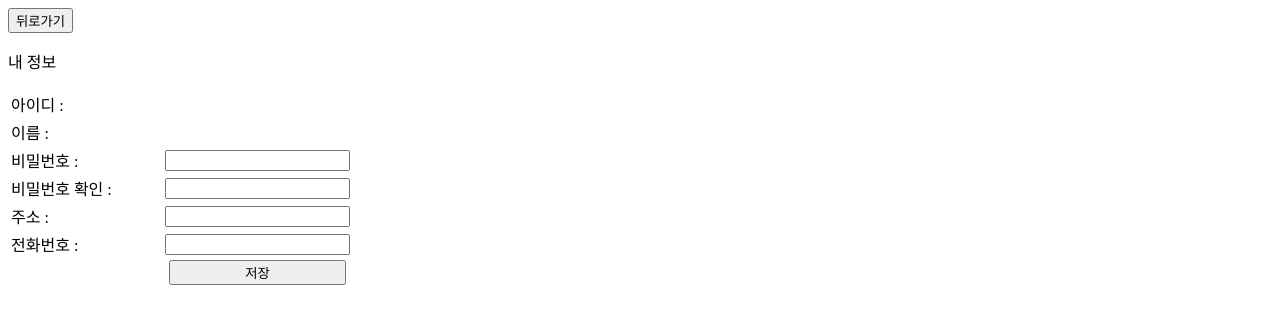
Repository: Ji-wonLee/book_store
Page: http://localhost/sms/WEB-INF/user/myInfo.jsp
An editor plug-in stored every save of this project. The page is shown before and after a run of saves, followed by the edit.
The browser window is 1280 px wide. The pictures show the whole page.
The page is served by Tomcat 9. Nobody is signed in. Other server files are loaded and not shown. The template is opened directly, without the code that normally fills it, so the values that code supplies are empty.

Above is the page before, as saved 2024-05-30 05:12:07.

### sms/src/main/webapp/WEB-INF/user/myInfo.jsp
<%@ page language="java" contentType="text/html; charset=UTF-8" pageEncoding="UTF-8"%>
<%@ taglib uri="http://java.sun.com/jsp/jstl/core" prefix="c" %>
<%@ taglib prefix="fmt" uri="http://java.sun.com/jsp/jstl/fmt"%>
<html>
	<head>
		<title>회원 가입</title>
		<button onclick="history.back()" type="submit">뒤로가기</button>
	</head>
	<script type="text/javascript">
		function checkForm(){

			let f = document.modifyForm;
			if (f.userPass.value == "" && f.userPassCheck.value != "") {
				alert("비밀번호 확인 입력 필수");
				return false;
			} else if (f.userPass.value != "" && f.userPassCheck.value == "") {
				alert("비밀번호 확인");
				return false;
			} else if (f.userPass.value != f.userPassCheck.value) {
				alert("비밀번호가 불일치");
				return false;
			} else {
				return true;
			}
		}

		function submitData(){
			const id = get;
		}
	</script>
	<body>
		<p>내 정보</p>
		<form action=<c:url value='/updateMyInfo'><c:param name="userId" value='${myInfoList[0].user_id}'/></c:url>
			 name="modifyForm" onsubmit="return checkForm()" method="get">
			<table>
				<tr>
					<td style='text-align:left;width:150px'>아이디 :</td>
					<td>
						<input type="text" style='border:none;' id="userId" name="userId" value='${myInfoList[0].user_id}'/>
					</td>
				</tr>
				<tr>
					<td style='text-align:left;width:150px'>이름 :</td>
					<td>
						<input type="text" style='border:none;' value='${myInfoList[0].name}'/>
					</td>
				</tr>
				<tr>
					<td style='text-align:left;width:150px'>비밀번호 :</td>
					<td>
						<div class="form-group has-feedback">
							<input class="form-control" type="password" id="userPass" name="userPass"/>
						</div>
					</td>
				</tr>
				<tr>
					<td style='text-align:left;width:150px'>비밀번호 확인 :</td>
					<td>
						<div class="form-group has-feedback">
							<input class="form-control" type="password" id="passwordCheck" name="userPassCheck"/>
						</div>
					</td>
				</tr>
				<tr>
					<td style='text-align:left;width:150px'>주소 :</td>
					<td>
						<div class="form-group has-feedback">
							<input class="form-control" id="userAddr" name="userAddr"/>
						</div>
					</td>
				</tr>
				<tr>
					<td style='text-align:left;width:150px'>전화번호 :</td>
					<td>
						<div class="form-group has-feedback">
							<input class="form-control" id="userCall" name="userCall"/>
						</div>
					</td>
				</tr>
				<tr>
					<td></td>
					<td style='text-align:center'>
						<div class="form-group has-feedback">
							<button class="btn btn-success" type="submit" id="save" style='width:177px'>저장</button>
						</div>
					</td>
				</tr>
			</table>
		</form>
	</body>
</html>

After the next 2 saves:
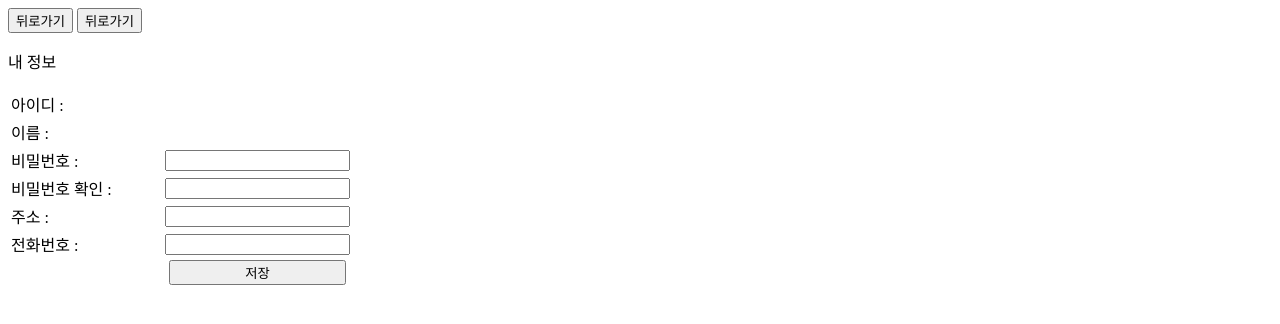
The 2 saves are shown as one change because they came seconds apart.
The last was saved 12 s later.
--- a/sms/src/main/webapp/WEB-INF/user/myInfo.jsp
+++ b/sms/src/main/webapp/WEB-INF/user/myInfo.jsp
@@ -4,6 +4,7 @@
 <html>
 	<head>
 		<title>회원 가입</title>
+		<button onclick="history.back()" type="submit">뒤로가기</button>
 		<button onclick="history.back()" type="submit">뒤로가기</button>
 	</head>
 	<script type="text/javascript">
